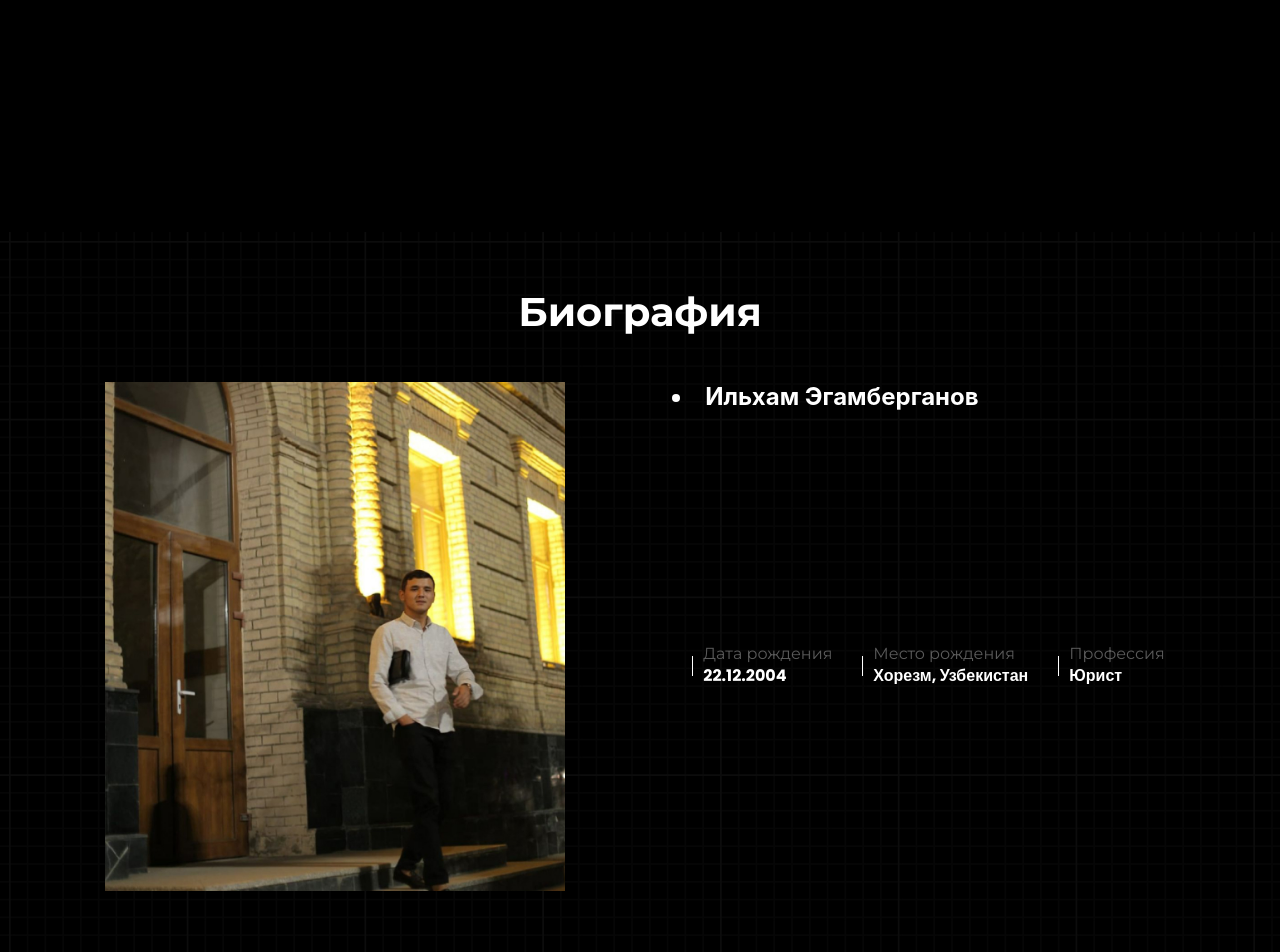
Repository: sardorexe/xishnik
Page: /
The author's editor kept a copy of each file at every save. The page is drawn from the files as they stood at one save, then again after the next save.
The browser window is 1280 px wide. The pictures show the part of the page from y = 488 to 1440 px (the page is 1440 px tall).
Pictures or frames that could not be fetched are drawn as grey boxes. Some icons come from a web library that is not loaded, so they are not drawn. Some web libraries are served in a nearby version. The project was rebuilt for these pictures with package versions that can differ from the ones it lists, and the page was loaded fresh each time. Some packages were replaced by stand-ins written for this rebuild. The framework's server and built-in components were replaced by stand-ins that run in the browser. Also part of the build but not shown: next.config.js.

Above is the page before, as saved 2021-09-27 16:09:25.

After the next save:
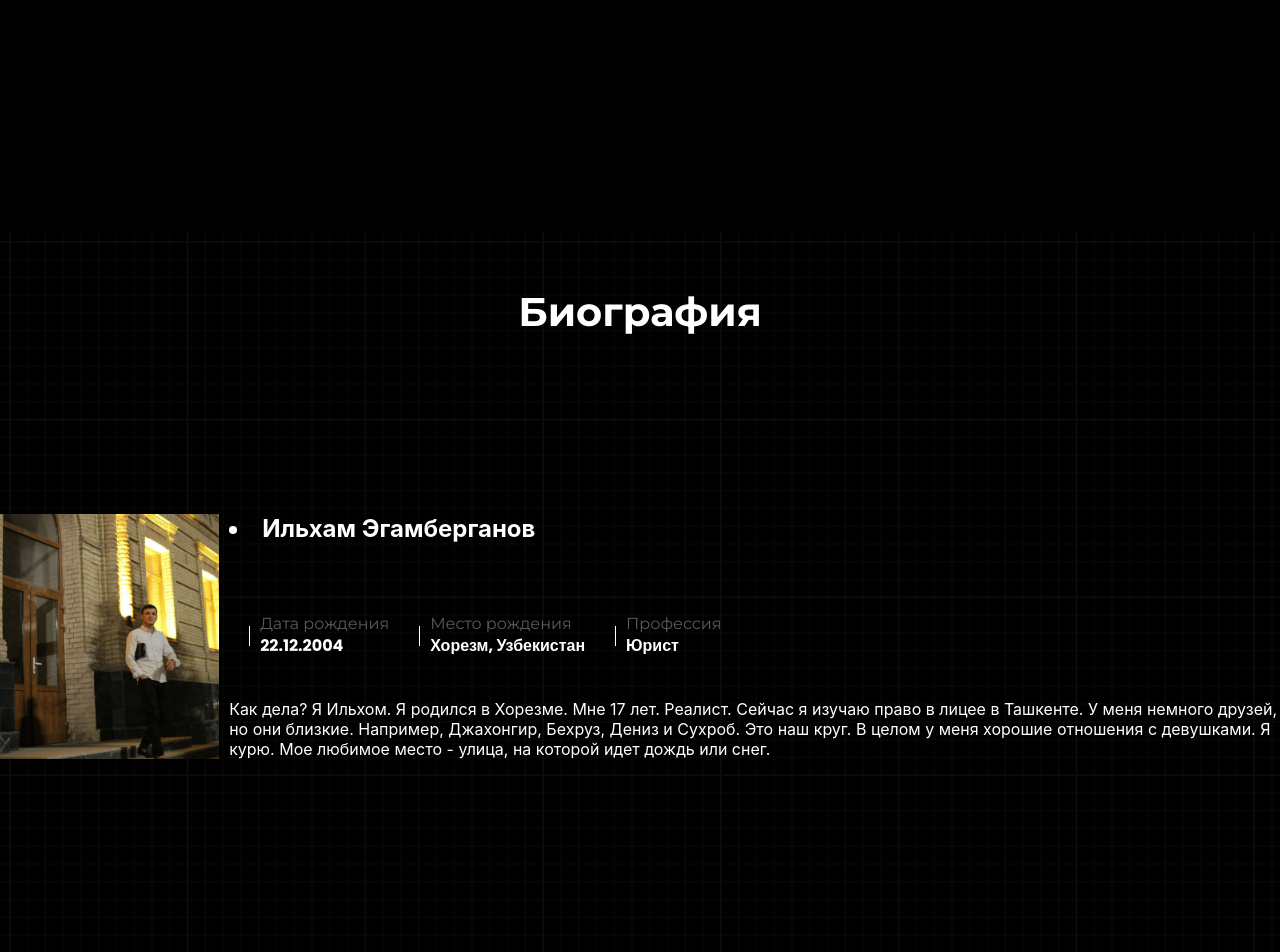
Saved 6 s later.
--- a/comps/Biography.js
+++ b/comps/Biography.js
@@ -35,7 +35,13 @@ export default function Biography() {
               content="Юрист"
             />
           </div>
-            <p className={styles.more}></p>
+          <p className={styles.more}>
+            Как дела? Я Ильхом. Я родился в Хорезме. Мне 17 лет. Реалист. Сейчас
+            я изучаю право в лицее в Ташкенте. У меня немного друзей, но они
+            близкие. Например, Джахонгир, Бехруз, Дениз и Сухроб. Это наш круг.
+            В целом у меня хорошие отношения с девушками. Я курю. Мое любимое
+            место - улица, на которой идет дождь или снег.
+          </p>
         </div>
       </div>
       <div className={styles.freeContent}></div>
